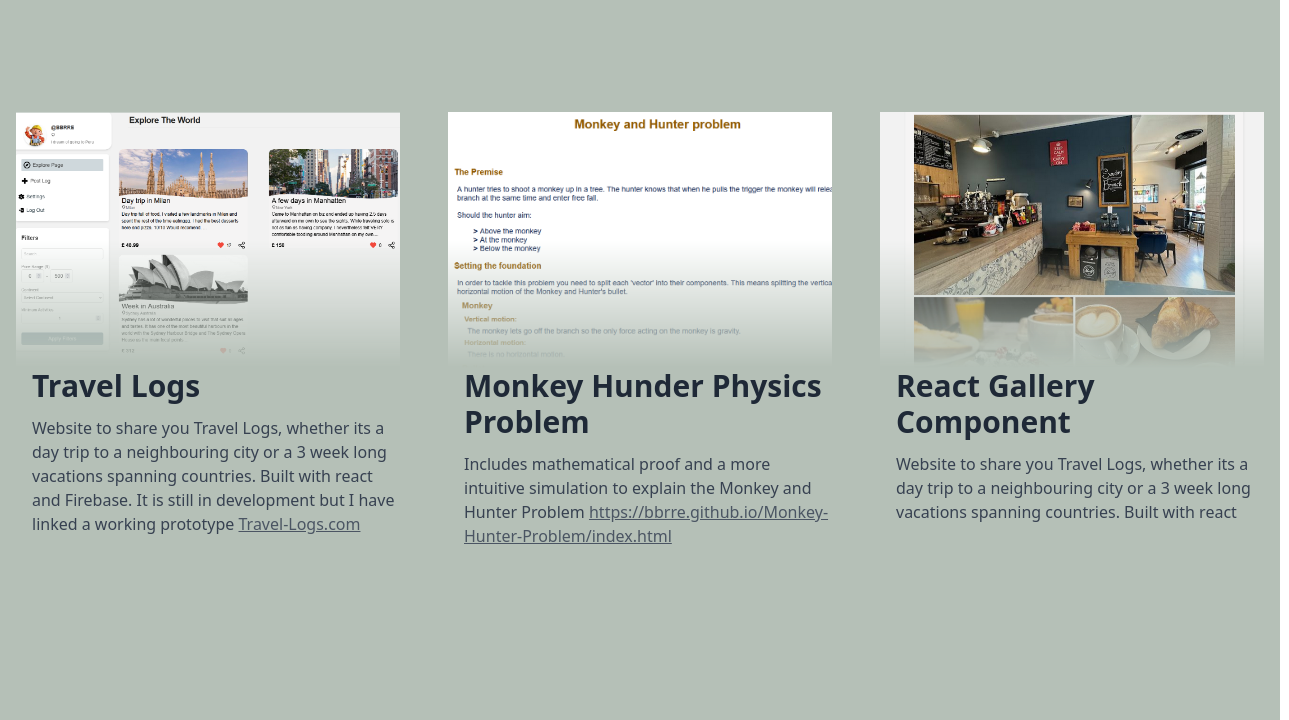
Repository: BBRRE/Portfolio-V2
Page: /#/Computer-Sci
The author's editor kept a copy of each file at every save. The page is drawn from the files as they stood at one save, then again after the next save.
The browser window is 1280 px wide. The page is 1280 px wide, then 1289 px, so the pictures cover 1289 px, including what lies to the right of the window. The pictures show the whole page.
Some web fonts or font styles are not loaded; a fallback is used. The project was rebuilt for these pictures with package versions that can differ from the ones it lists, and the page was loaded fresh each time. Also part of the build but not shown: vite.config.js, src/Subjects/Archi.jsx, src/Subjects/EEng.jsx, src/Subjects/Other.jsx, src/Projects Overview.jsx, src/HomePage.jsx, src/ErrorBoundary.jsx.

Above is the page before, as saved 2024-11-29 09:24:19.

### index.html
<!doctype html>
<html lang="en">
  <head>
    <meta charset="UTF-8" />
    <link rel="icon" type="image/svg+xml" href="src\assets\letter-bb.svg" />
    <link href="https://fonts.googleapis.com/css2?family=Inconsolata&family=Italiana&family=Hubballi&family=Julius+Sans+One&display=swap" rel="stylesheet">
    <link rel="preconnect" href="https://fonts.googleapis.com" />
<link rel="preconnect" href="https://fonts.gstatic.com" crossorigin />
<link
  rel="stylesheet"
  href="https://fonts.googleapis.com/css2?family=Roboto:wght@300;400;500;700&display=swap"
/>
<link
  rel="stylesheet"
  href="https://fonts.googleapis.com/icon?family=Material+Icons"
/>

    <meta name="viewport" content="width=device-width, initial-scale=1.0" />
    <title>Bilaal Bare</title>
  </head>
  <body>
    <div id="root"></div>
    <script type="module" src="/src/main.jsx"></script>
  </body>
</html>

### src/main.jsx
import React from 'react'
import ReactDOM from 'react-dom/client'
import App from './App'
import ErrorBoundary from './ErrorBoundary'
import './index.css'

ReactDOM.createRoot(document.getElementById('root')).render(
  <React.StrictMode>
    <ErrorBoundary>
      <App />
    </ErrorBoundary>
  </React.StrictMode>
)

### src/App.jsx
import { HashRouter as Router, Routes, Route } from 'react-router-dom';
import Archi from './Subjects/Archi.jsx'
import CompSci from './Subjects/CompSci.jsx'
import EEng from './Subjects/EEng.jsx'
import Other from './Subjects/Other.jsx'
import { HomePage } from './HomePage'
import { useState, useEffect } from 'react'

function App() {
  useEffect(() => {
    console.log('App component mounted')
  }, [])

  return (
    <Router>
        <Routes>
          <Route path="/" element={<HomePage />} />
          <Route path="/Architecture" element={<Archi />} />
          <Route path="/Electronic-Eng" element={<EEng />} />
          <Route path="/Computer-Sci" element={<CompSci />} />
          <Route path="/Other" element={<Other />} />
        </Routes>
    </Router>
  )
}

export default App

### src/index.css
@tailwind base;
@tailwind components;
@tailwind utilities;

@layer utilities {
  .bg-dot-pattern {
    background-image: radial-gradient(circle, rgba(0, 0, 0, 0.2) 1px, transparent 1px);
    background-size: 50px 50px; /* Adjust the spacing here */
  }
}

### src/Subjects/CompSci.jsx
import React from 'react'
import cs from '../assets/aaaa.png'
import ph from '../assets/Monkey.png'
import tr from '../assets/tra.png'

const CompSci = () => {
  return (
    <div className='bg-[#B5C0B7] w-full h-auto min-h-screen grid grid-cols-1 md:grid-cols-2 lg:grid-cols-3 gap-4  pb-20'>
      <div className='flex flex-col mx-auto p-4 mt-24'>
      <a href="https://Travel-Logs.com/" className='underline text-gray-600'><img src={cs} className='cursor-pointer' style={{ WebkitMaskImage: 'linear-gradient(to top, transparent 0%, black 50%)' }} /></a>
        <div className="  flex flex-col ml-4 gap-3 justify-center">
          <h2 className=" text-left text-xl md:text-2xl lg:text-3xl font-semibold text-gray-800">
            Travel Logs
          </h2>
          <p className="text-gray-700 text-sm md:text-base leading-relaxed max-w-[500px]">
            Website to share you Travel Logs, whether its a day trip to a neighbouring city or a 3 week long vacations spanning countries. Built with react
            and Firebase. It is still in development but I have linked a working prototype <a href="https://Travel-Logs.com/" className='underline text-gray-600'>Travel-Logs.com</a>
          </p>
        </div>
      </div>

      <div className='flex flex-col mx-auto p-4 mt-24'>
      <a href="https://bbrre.github.io/Monkey-Hunter-Problem/index.html" className='underline text-gray-600'><img src={ph} className='cursor-pointer' style={{ WebkitMaskImage: 'linear-gradient(to top, transparent 0%, black 50%)' }} /></a>
        <div className=" flex flex-col ml-4 gap-3 justify-center">
          <h2 className=" text-left text-xl md:text-2xl lg:text-3xl font-semibold text-gray-800">
            Monkey Hunder Physics Problem
          </h2>
          <p className="text-gray-700 text-sm md:text-base leading-relaxed max-w-[500px]">
            Includes mathematical proof and a more intuitive simulation to explain the Monkey and Hunter Problem  <a href="https://bbrre.github.io/Monkey-Hunter-Problem/index.html" className='underline text-gray-600'>https://bbrre.github.io/Monkey-Hunter-Problem/index.html</a>        </p>
        </div>
      </div>

      <div className='flex flex-col mx-auto p-4 mt-24'>
      <a href="https://www.npmjs.com/package/react-gallery-component2" className='underline text-gray-600'><img src={tr} className='cursor-pointer' style={{ WebkitMaskImage: 'linear-gradient(to top, transparent 0%, black 50%)' }} /></a>
        <div className=" flex flex-col ml-4 gap-3 justify-center">
          <h2 className=" text-left text-xl md:text-2xl lg:text-3xl font-semibold text-gray-800">
            React Gallery Component
          </h2>
          <p className="text-gray-700 text-sm md:text-base leading-relaxed max-w-[500px]">
          Website to share you Travel Logs, whether its a day trip to a neighbouring city or a 3 week long vacations spanning countries. Built with react
          </p>
        </div>
      </div>

    </div>
  )
}

export default CompSci

### tailwind.config.js
/** @type {import('tailwindcss').Config} */
export default {
    darkMode: ["class"],
    content: ["index.css",
  "./src/**/*.{js,ts,jsx,tsx}",],
  theme: {
  	extend: {
  		backgroundImage: {
  			noise: "url('/src/assets/nnnoise.svg')",
  			undulate: "url('/src/assets/uuundulate.svg')"
  		},
  		fontFamily: {
  			inconsolata: ['Inconsolata', 'monospace'],
  			italiana: ['Italiana', 'serif'],
  			hubballi: ['Hubballi', 'cursive'],
  			julius: ['Julius Sans One"', 'sans-serif']
  		},
      keyframes: {
        fadeIn: {
          '0%': { opacity: '0' },
          '100%': { opacity: '1' },
        },
      }
  	}
  }
}

After the next save:
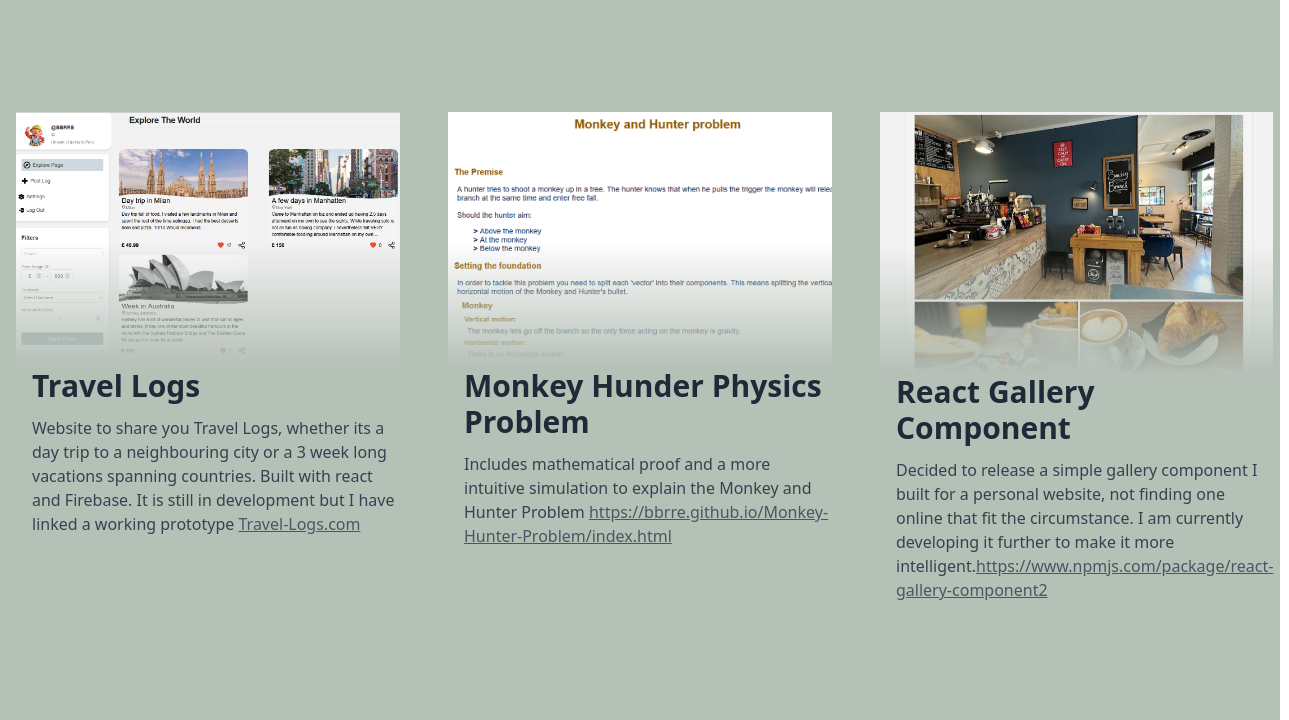
Saved 29 s later.
--- a/src/Subjects/CompSci.jsx
+++ b/src/Subjects/CompSci.jsx
@@ -37,7 +37,7 @@ const CompSci = () => {
             React Gallery Component
           </h2>
           <p className="text-gray-700 text-sm md:text-base leading-relaxed max-w-[500px]">
-          Website to share you Travel Logs, whether its a day trip to a neighbouring city or a 3 week long vacations spanning countries. Built with react
+          Decided to release a simple gallery component I built for a personal website, not finding one online that fit the circumstance. I am currently developing it further to make it more intelligent.<a href="https://www.npmjs.com/package/react-gallery-component2" className='underline text-gray-600'>https://www.npmjs.com/package/react-gallery-component2</a>
           </p>
         </div>
       </div>
